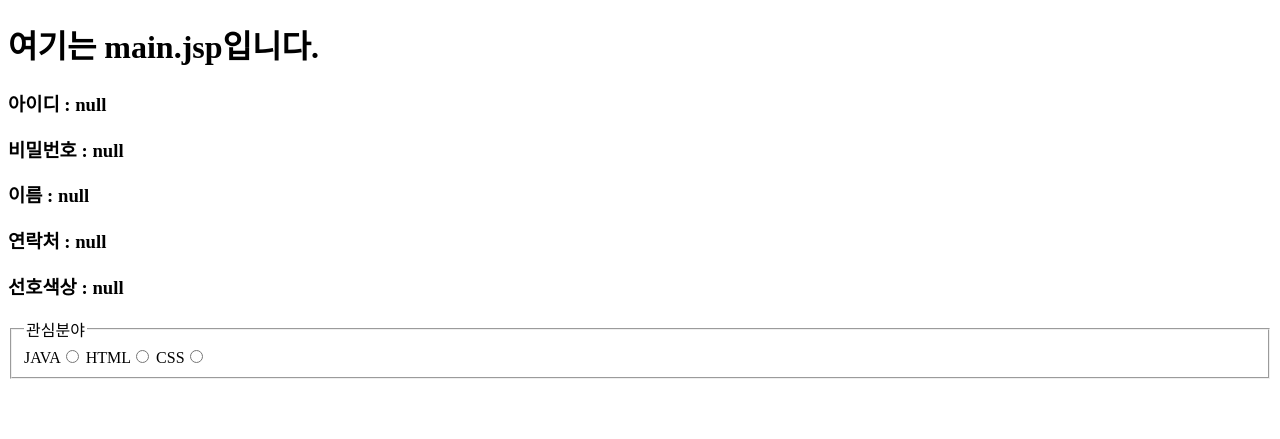
Repository: dychung1021/newrepository
Page: http://localhost/JSP05/main.jsp
These files come from the project's save history. The page is drawn as it stood at one moment and after the next save; the edit follows.
The browser window is 1280 px wide. The pictures show the whole page.
The page is served by Tomcat 9.

Above is the page before, as saved 2024-05-10 05:10:48.
Console error: TypeError: document.getElementByTagName is not a function

After the next save:
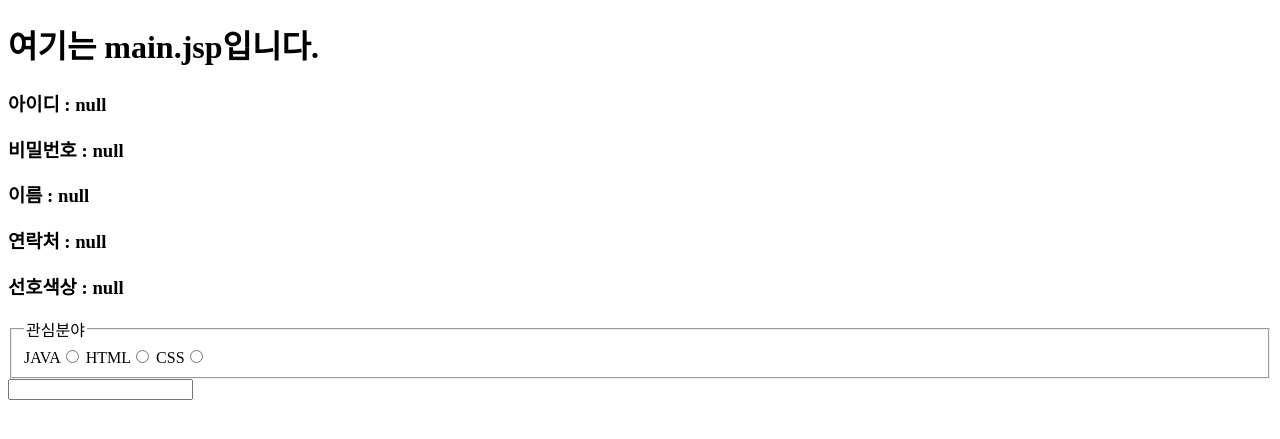
Saved 57 s later.
--- a/JSP/JSP05/src/main/webapp/main.jsp
+++ b/JSP/JSP05/src/main/webapp/main.jsp
@@ -30,5 +30,6 @@
 			var user=document.getElementByTagName("h3")[0];
 			user.setAttribute("style", "color:<%=bg%>");
 		</script>
+		<input type'"submit">
 	</body>
 </html>
